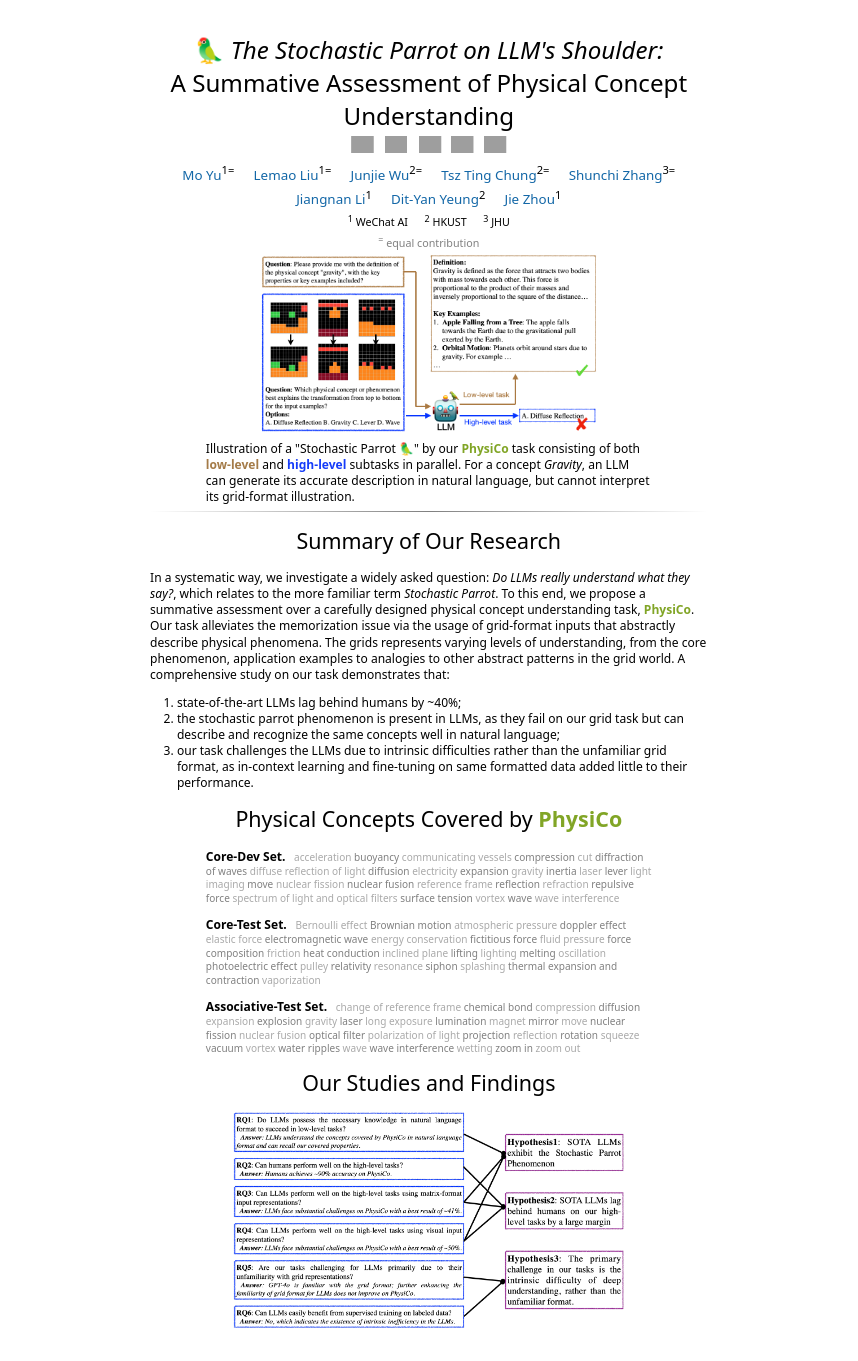
Repository: wujunjie1998/araoc-benchmark.github.io
Page: index.html
The author's editor kept a copy of each file at every save. The page is drawn from the files as they stood at one save, then again after the next save.
The browser window is 1280 px wide. The pictures show the whole page, at 67% of full size.
Pictures or frames that could not be fetched are drawn as grey boxes.

Above is the page before, as saved 2025-02-07 20:47:01.

After the next save:
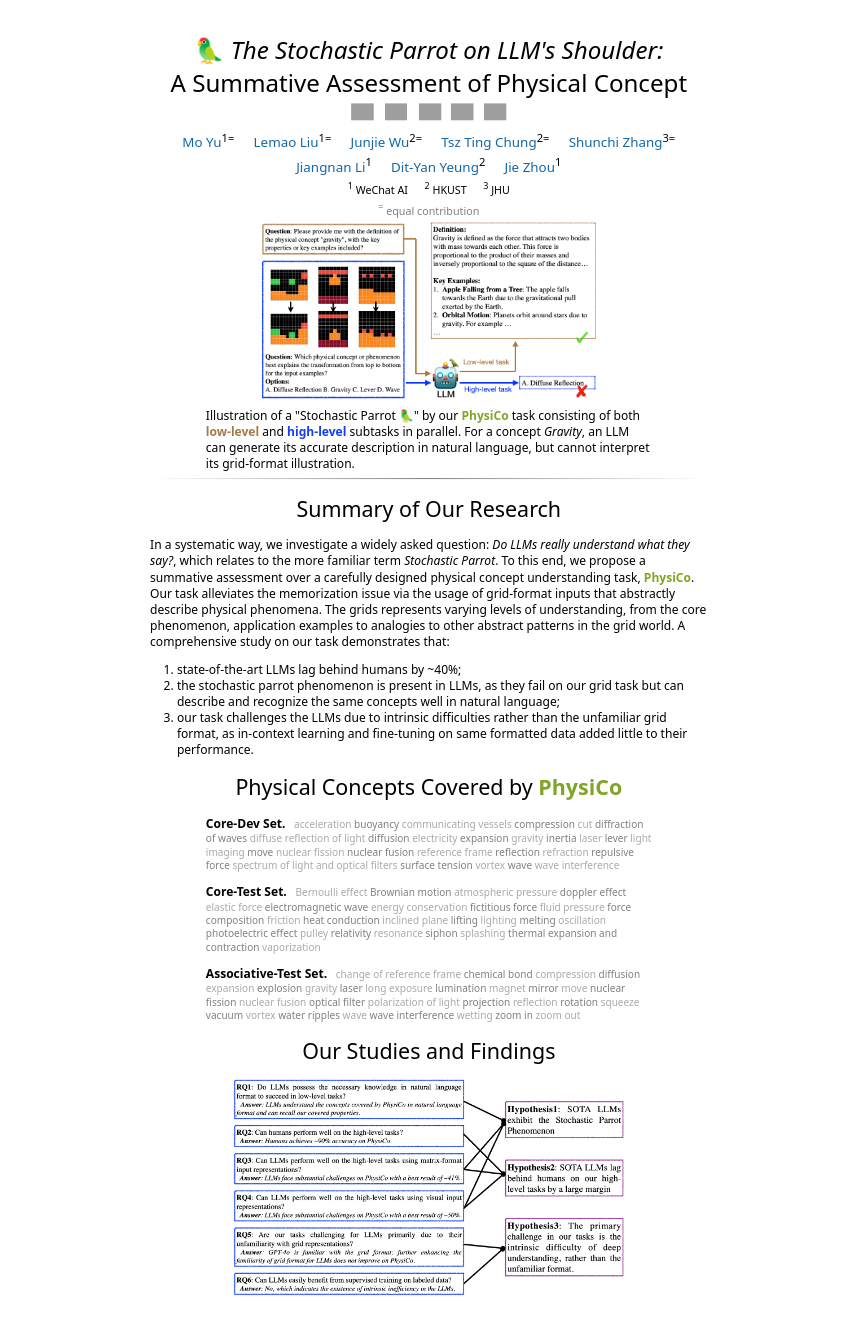
Saved 31 s later.
--- a/index.html
+++ b/index.html
@@ -18,7 +18,7 @@
       <div class="paper-title">
         🦜 <i>The Stochastic Parrot on LLM's Shoulder:</i>
         <br />
-        A Summative Assessment of Physical Concept Understanding
+        A Summative Assessment of Physical Concept
       </div>
       <div>
         <!-- * Paper -->
